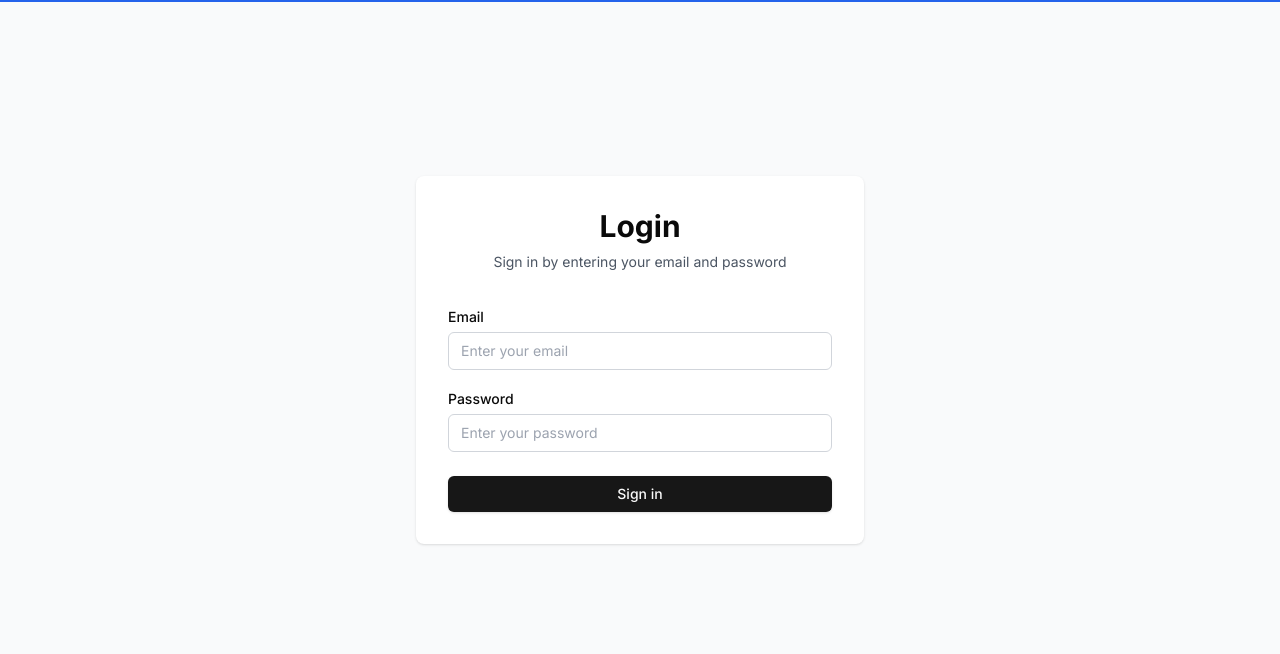
Repository: Ahmad-Al3arja/frontend-harmoush
Page: /login
An editor plug-in stored every save of this project. The page is shown before and after the next save, followed by the edit.
The browser window is 1280 px wide. The pictures show the whole page.
The page's requests for data from a server got no answer. The project was rebuilt for these pictures with package versions that can differ from the ones it lists, and the page was loaded fresh each time. The framework's server and built-in components were replaced by stand-ins that run in the browser. No one was signed in, and anything a server would have sent is missing. Also part of the build but not shown: next.config.js.

Above is the page before, as saved 2025-06-30 20:45:06.

After the next save:
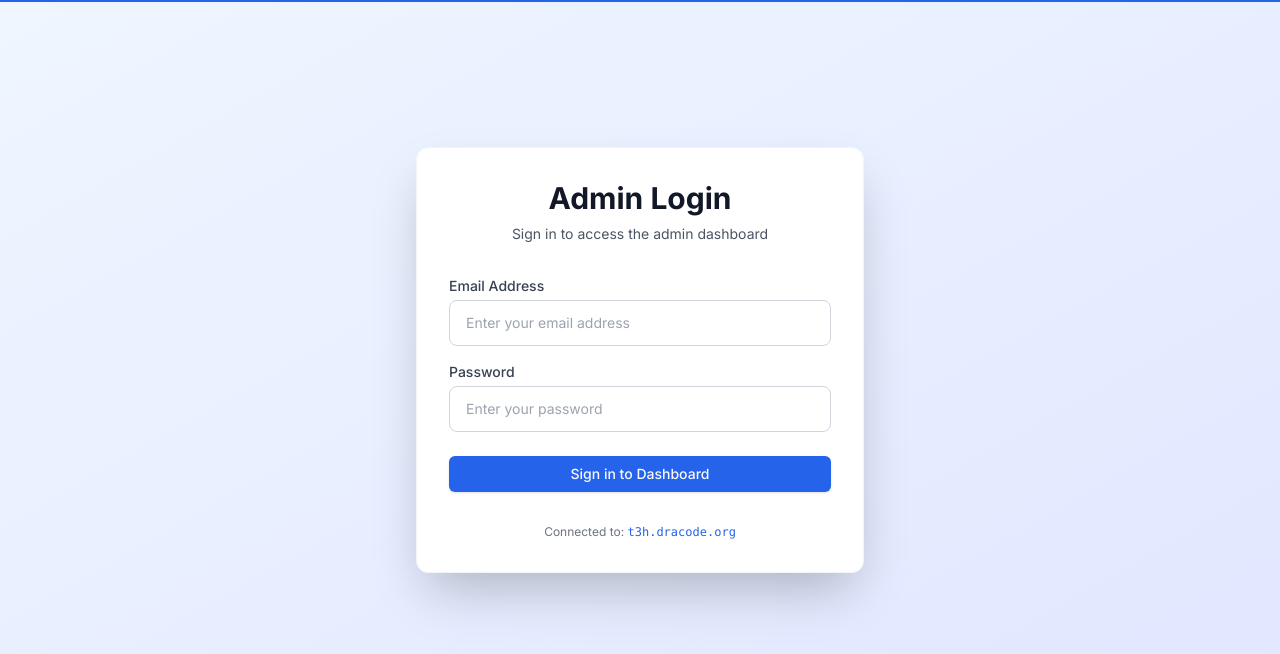
Saved 6 min 26 s later.
--- a/app/login/page.tsx
+++ b/app/login/page.tsx
@@ -37,7 +37,7 @@ function LoginContent() {
         router.replace("/delete-account");
       }
     }
-  }, [accessToken, user, router, searchParams]);
+  }, [accessToken, user, router, searchParams, admin]);
 
   const handleSubmit = async (e: React.FormEvent) => {
     e.preventDefault();
@@ -45,31 +45,13 @@ function LoginContent() {
     setLoading(true);
 
     try {
-      // Get the raw response from the API to check admin status
-      const response = await fetch(`https://t3h.dracode.org/api/auth/login/`, {
-        method: "POST",
-        headers: {
-          "Content-Type": "application/json",
-        },
-        body: JSON.stringify({ email, password }),
-      });
+      // Use the proper API helper for login
+      await login(email, password);
 
-      if (!response.ok) {
-        const errorData = await response.json().catch(() => ({}));
-        throw new Error(errorData.message || "Invalid email or password");
-      }
-
-      // Parse the response
-      const data = await response.json();
-      console.log("Login response:", data);
-
-      // Complete the login process regardless of admin status
-      useAuthStore.getState().login(email, password);
-
-      // Navigation will be handled by the useEffect hook after login completes
+      // The navigation will be handled by the useEffect hook after login completes
     } catch (err: any) {
-      setError(err.message || "Invalid email or password");
-      console.error(err);
+      console.error("Login error:", err);
+      setError(err.message || "Invalid email or password. Please try again.");
     } finally {
       setLoading(false);
     }
@@ -80,28 +62,32 @@ function LoginContent() {
   }
 
   return (
-    <div className="min-h-screen flex items-center justify-center bg-gray-50">
+    <div className="min-h-screen flex items-center justify-center bg-gradient-to-br from-blue-50 to-indigo-100">
       <motion.div
         initial={{ opacity: 0, y: 20 }}
         animate={{ opacity: 1, y: 0 }}
-        className="max-w-md w-full space-y-8 p-8 bg-white rounded-lg shadow"
+        className="max-w-md w-full space-y-8 p-8 bg-white rounded-xl shadow-2xl border border-gray-100"
       >
         <div>
-          <h2 className="text-center text-3xl font-bold">Login</h2>
+          <h2 className="text-center text-3xl font-bold text-gray-900">Admin Login</h2>
           <p className="mt-2 text-center text-sm text-gray-600">
-            Sign in by entering your email and password
+            Sign in to access the admin dashboard
           </p>
         </div>
         <form className="mt-8 space-y-6" onSubmit={handleSubmit}>
           {error && (
-            <div className="bg-red-50 text-red-500 p-3 rounded text-sm text-center">
+            <motion.div
+              initial={{ opacity: 0, scale: 0.95 }}
+              animate={{ opacity: 1, scale: 1 }}
+              className="bg-red-50 border border-red-200 text-red-600 p-4 rounded-lg text-sm text-center"
+            >
               {error}
-            </div>
+            </motion.div>
           )}
           <div className="space-y-4">
             <div>
-              <label htmlFor="email" className="text-sm font-medium">
-                Email
+              <label htmlFor="email" className="block text-sm font-medium text-gray-700 mb-1">
+                Email Address
               </label>
               <input
                 id="email"
@@ -109,13 +95,13 @@ function LoginContent() {
                 value={email}
                 onChange={(e) => setEmail(e.target.value)}
                 required
-                className="mt-1 block w-full rounded-md border border-gray-300 px-3 py-2 text-sm placeholder-gray-400 focus:border-blue-500 focus:outline-none focus:ring-1 focus:ring-blue-500"
-                placeholder="Enter your email"
+                className="block w-full rounded-lg border border-gray-300 px-4 py-3 text-sm placeholder-gray-400 focus:border-blue-500 focus:outline-none focus:ring-2 focus:ring-blue-500 focus:ring-opacity-50 transition-colors"
+                placeholder="Enter your email address"
                 disabled={loading}
               />
             </div>
             <div>
-              <label htmlFor="password" className="text-sm font-medium">
+              <label htmlFor="password" className="block text-sm font-medium text-gray-700 mb-1">
                 Password
               </label>
               <input
@@ -124,23 +110,33 @@ function LoginContent() {
                 value={password}
                 onChange={(e) => setPassword(e.target.value)}
                 required
-                className="mt-1 block w-full rounded-md border border-gray-300 px-3 py-2 text-sm placeholder-gray-400 focus:border-blue-500 focus:outline-none focus:ring-1 focus:ring-blue-500"
+                className="block w-full rounded-lg border border-gray-300 px-4 py-3 text-sm placeholder-gray-400 focus:border-blue-500 focus:outline-none focus:ring-2 focus:ring-blue-500 focus:ring-opacity-50 transition-colors"
                 placeholder="Enter your password"
                 disabled={loading}
               />
             </div>
           </div>
-          <Button type="submit" className="w-full" disabled={loading}>
+          <Button
+            type="submit"
+            className="w-full py-3 bg-blue-600 hover:bg-blue-700 focus:ring-2 focus:ring-blue-500 focus:ring-opacity-50 transition-colors"
+            disabled={loading}
+          >
             {loading ? (
               <div className="flex items-center justify-center">
                 <div className="animate-spin rounded-full h-5 w-5 border-t-2 border-b-2 border-white mr-2"></div>
                 Signing in...
               </div>
             ) : (
-              "Sign in"
+              "Sign in to Dashboard"
             )}
           </Button>
         </form>
+
+        <div className="text-center">
+          <p className="text-xs text-gray-500">
+            Connected to: <span className="font-mono text-blue-600">t3h.dracode.org</span>
+          </p>
+        </div>
       </motion.div>
     </div>
   );
@@ -151,8 +147,11 @@ export default function LoginPage() {
   return (
     <Suspense
       fallback={
-        <div className="min-h-screen flex items-center justify-center bg-gray-50">
-          <div className="animate-spin rounded-full h-8 w-8 border-t-2 border-b-2 border-blue-500"></div>
+        <div className="min-h-screen flex items-center justify-center bg-gradient-to-br from-blue-50 to-indigo-100">
+          <div className="flex flex-col items-center space-y-4">
+            <div className="animate-spin rounded-full h-8 w-8 border-t-2 border-b-2 border-blue-500"></div>
+            <p className="text-sm text-gray-600">Loading...</p>
+          </div>
         </div>
       }
     >
